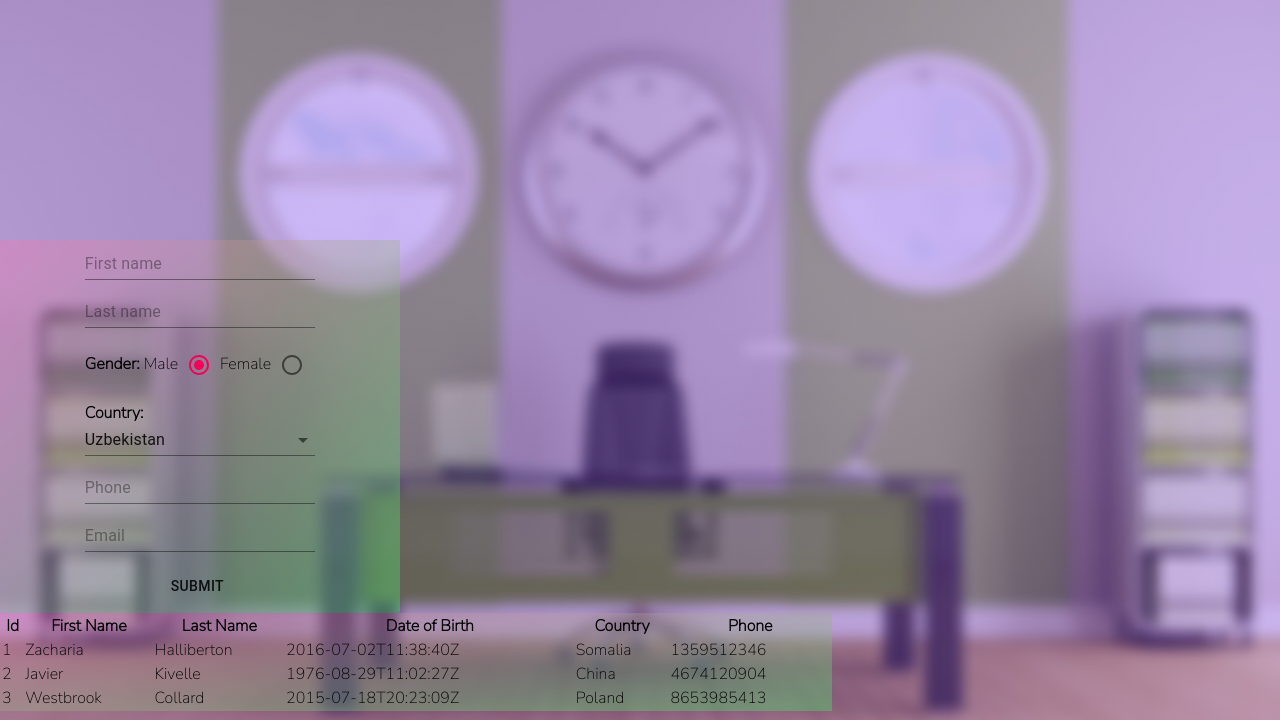
Repository: abrorsaidov/table-table
Page: /
The author's editor kept a copy of each file at every save. The page is drawn from the files as they stood at one save, then again after the next save.
The browser window is 1280 px wide. The pictures show the whole page.
The project was rebuilt for these pictures with package versions that can differ from the ones it lists, and the page was loaded fresh each time. Also part of the build but not shown: src/components/ComponentC.js.

Above is the page before, as saved 2020-12-01 04:57:57.

After the next save:
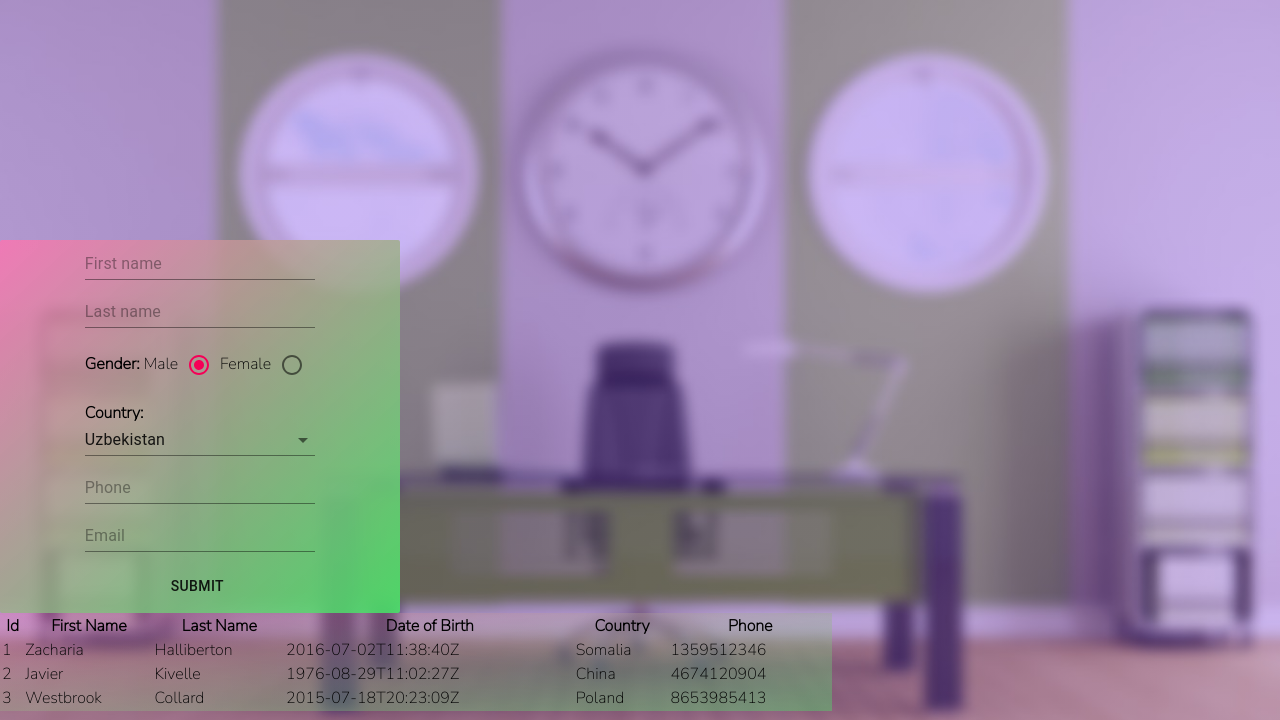
Saved 3 days later.
--- a/src/App.css
+++ b/src/App.css
@@ -1,84 +1,84 @@
-@import url('https://fonts.googleapis.com/css2?family=Nunito+Sans:wght@200&display=swap');
+@import url("https://fonts.googleapis.com/css2?family=Nunito+Sans:wght@200&display=swap");
 
 * {
-    margin: 0;
-    padding: 0;
+  margin: 0;
+  padding: 0;
 }
 
 body {
-    background: linear-gradient(
-            to bottom right,
-            rgba(104, 37, 238, 0.3),
-            rgba(104, 37, 238, 0.3)
-        ),
-        url('../src/office.jpg');
-    background-attachment: fixed;
-    background-repeat: no-repeat;
-    font-family: 'Nunito Sans', sans-serif;
-    background-size: cover;
+  background: linear-gradient(
+      to bottom right,
+      rgba(104, 37, 238, 0.3),
+      rgba(104, 37, 238, 0.3)
+    ),
+    url("../src/office.jpg");
+  background-attachment: fixed;
+  background-repeat: no-repeat;
+  font-family: "Nunito Sans", sans-serif;
+  background-size: cover;
 }
 
 .form-wrapper {
-    background: linear-gradient(
-        to bottom right,
-        rgba(255, 114, 175, 0.337),
-        rgba(75, 226, 105, 0.4)
-    );
-    display: flex;
-    flex-direction: column;
-    justify-content: center;
-    align-items: center;
-    width: 30%;
-    left: 10%;
-    border-radius: 2px;
-    margin-top: 15em;
-    /* transform: translateY(50%); */
-    padding: 0.5em;
+  background: linear-gradient(
+    to bottom right,
+    rgba(255, 114, 175, 0.8),
+    rgba(75, 226, 105, 0.9)
+  );
+  display: flex;
+  flex-direction: column;
+  justify-content: center;
+  align-items: center;
+  width: 30%;
+  left: 10%;
+  border-radius: 2px;
+  margin-top: 15em;
+  /* transform: translateY(50%); */
+  padding: 0.5em;
 }
 
 .text {
-    width: 60%;
+  width: 60%;
 }
 .text .country {
-    display: flex;
-    justify-content: space-between;
+  display: flex;
+  justify-content: space-between;
 }
 .text {
-    margin-bottom: 1em;
+  margin-bottom: 1em;
 }
 label.main {
-    font-weight: bold;
+  font-weight: bold;
 }
 
 .submit-btn {
-    background: rgba(129, 232, 27, 0.912);
-    width: 60%;
-    text-align: center;
-    border-radius: 7px;
+  background: rgba(129, 232, 27, 0.912);
+  width: 60%;
+  text-align: center;
+  border-radius: 7px;
 }
 small.error {
-    display: block;
-    color: red;
+  display: block;
+  color: red;
 }
 small.hide {
-    color: red;
-    display: none;
+  color: red;
+  display: none;
 }
 
 option {
-    cursor: pointer;
+  cursor: pointer;
 }
 
 .inputs {
-    width: 100%;
+  width: 100%;
 }
 
 .myTable {
-    background: linear-gradient(
-        to bottom right,
-        rgba(255, 114, 175, 0.337),
-        rgba(75, 226, 105, 0.4)
-    );
-    width: 65%;
-    right: 10%;
+  background: linear-gradient(
+    to bottom right,
+    rgba(255, 114, 175, 0.337),
+    rgba(75, 226, 105, 0.4)
+  );
+  width: 65%;
+  right: 10%;
 }
